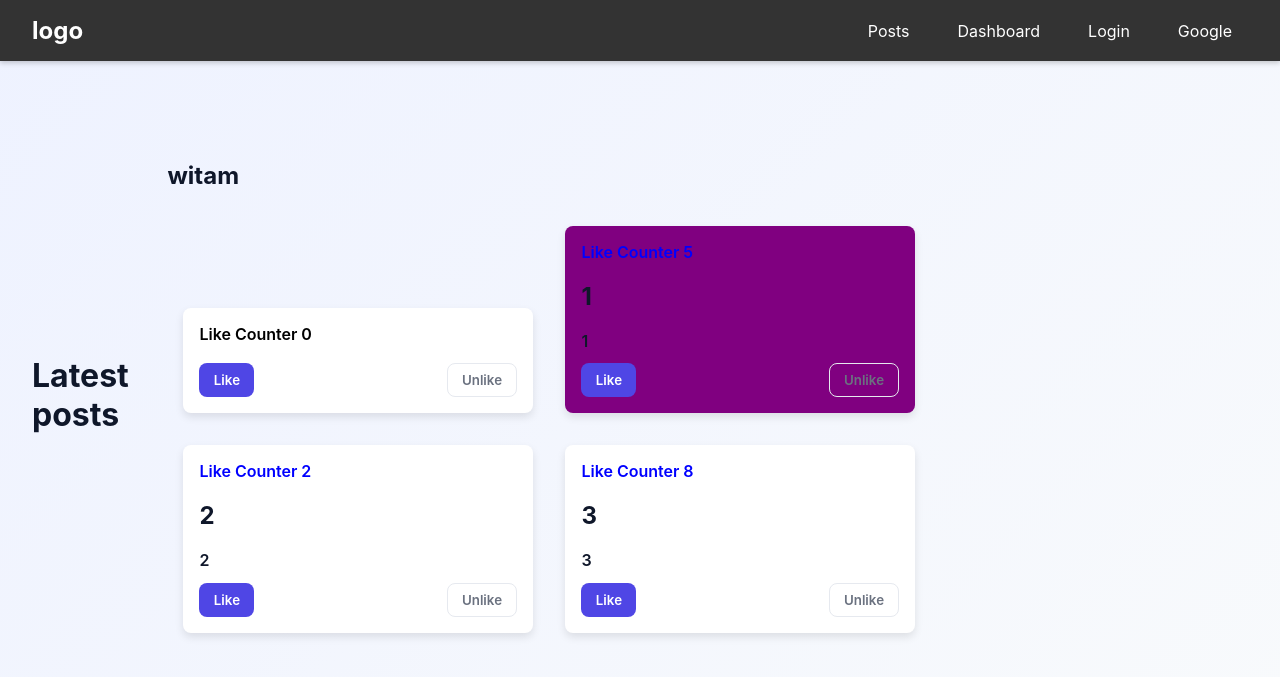
Repository: KrystianTrzy/reactapt
Page: /
These files come from the project's save history. The page is drawn as it stood at one moment and after the next save; the edit follows.
The browser window is 1280 px wide. The pictures show the whole page.
The project was rebuilt for these pictures with package versions that can differ from the ones it lists, and the page was loaded fresh each time. Also part of the build but not shown: src/pages/login.js, src/pages/postdetail/postdetail.js, src/pages/dashboard/dashboard.css, src/pages/dashboard/dashboard.js.

Above is the page before, as saved 2025-11-22 12:41:14.

After the next save:
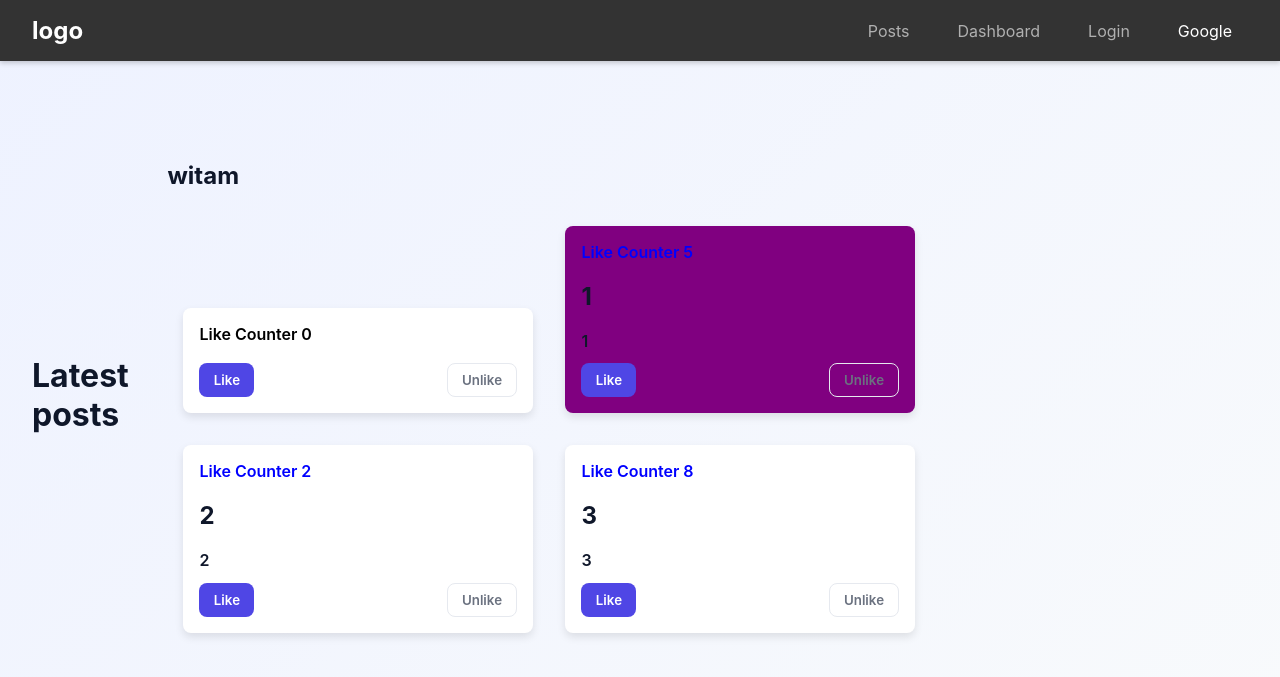
Saved 5 s later.
--- a/src/components/nav/nav.css
+++ b/src/components/nav/nav.css
@@ -25,6 +25,17 @@ body {
   font-size: 1rem;
 }
 
+.inactive-link {
+  color: #b0b0b0 !important;
+  pointer-events: none;
+  cursor: default;
+}
+.active-link {
+  color: #fff !important;
+  font-weight: bold;
+  text-decoration: underline;
+}
+
 .navbar a:hover {
   text-decoration: underline;
 }
